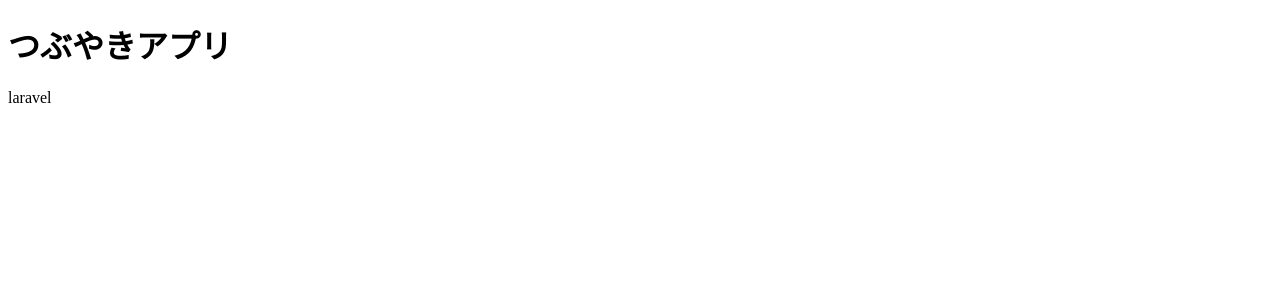
Repository: SoshiYamasaki/laravel
Page: http://localhost/tweet
These files come from the project's save history. The page is drawn as it stood at one moment and after a run of saves; the edit follows.
The browser window is 1280 px wide. The pictures show the whole page.
The page is served by the project's Laravel application, run on PHP 8.4 with Laravel 10. Other server files are loaded and not shown. Queries for data that is not in the repository find no rows.

Above is the page before, as saved 2023-02-22 18:53:41.

### routes/web.php
<?php

use Illuminate\Support\Facades\Route;

/*
|--------------------------------------------------------------------------
| Web Routes
|--------------------------------------------------------------------------
|
| Here is where you can register web routes for your application. These
| routes are loaded by the RouteServiceProvider and all of them will
| be assigned to the "web" middleware group. Make something great!
|
*/

Route::get('/', function () {
    return view('welcome');
});

Route::get('/sample/{id}',[\App\Http\Controllers\sample\IndexController::class,'show']);
Route::get('/tweet',\App\Http\Controllers\Tweet\IndexController::class);

### app/Http/Controllers/Tweet/IndexController.php
<?php

namespace App\Http\Controllers\Tweet;

use App\Http\Controllers\Controller;
use App\Models\Tweet;
use Illuminate\Http\Request;
use Illuminate\Http\Response;

class IndexController extends Controller
{
    /**
     * Handle the incoming request.
     */
    public function __invoke(Request $request)
    {
        $tweets=Tweet::all();
        return view('tweet.index')
                ->with('name','laravel')
                ->with('version','8')
                ->with('tweets',$tweets);
    }
}

### app/Models/Tweet.php
<?php

namespace App\Models;

use Illuminate\Database\Eloquent\Factories\HasFactory;
use Illuminate\Database\Eloquent\Model;

class Tweet extends Model
{
    use HasFactory;
    protected $table='tweets';
}

### resources/views/tweet/index.blade.php
<!DOCTYPE html>
<html lang="en">
<head>
    <meta charset="UTF-8">
    <meta name="viewport" content="width=device-width, initial-scale=1.0">
    <title>つぶやきアプリ</title>
</head>
<body>
    <h1>つぶやきアプリ</h1>
    <p>{{$name}}</p>
</body>
</html>

Loaded but not shown: app/Http/Controllers/Controller.php (common file)

After the next 4 saves:
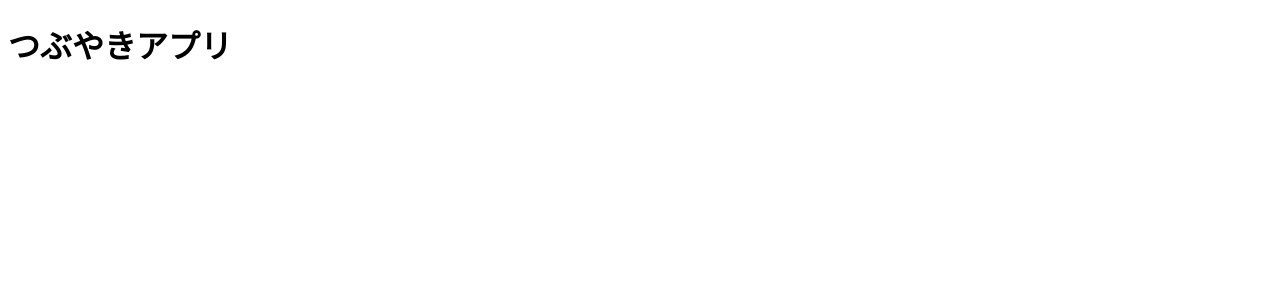
The 4 saves are shown as one change because 3 did not build or start.
The last was saved 5 min 55 s later.
--- a/resources/views/tweet/index.blade.php
+++ b/resources/views/tweet/index.blade.php
@@ -7,6 +7,10 @@
 </head>
 <body>
     <h1>つぶやきアプリ</h1>
-    <p>{{$name}}</p>
+    <div>
+    @foreach($tweets as $tweet)
+    <p>{{$tweet->content}}</p>
+    @endforeach
+    </div>
 </body>
 </html>
